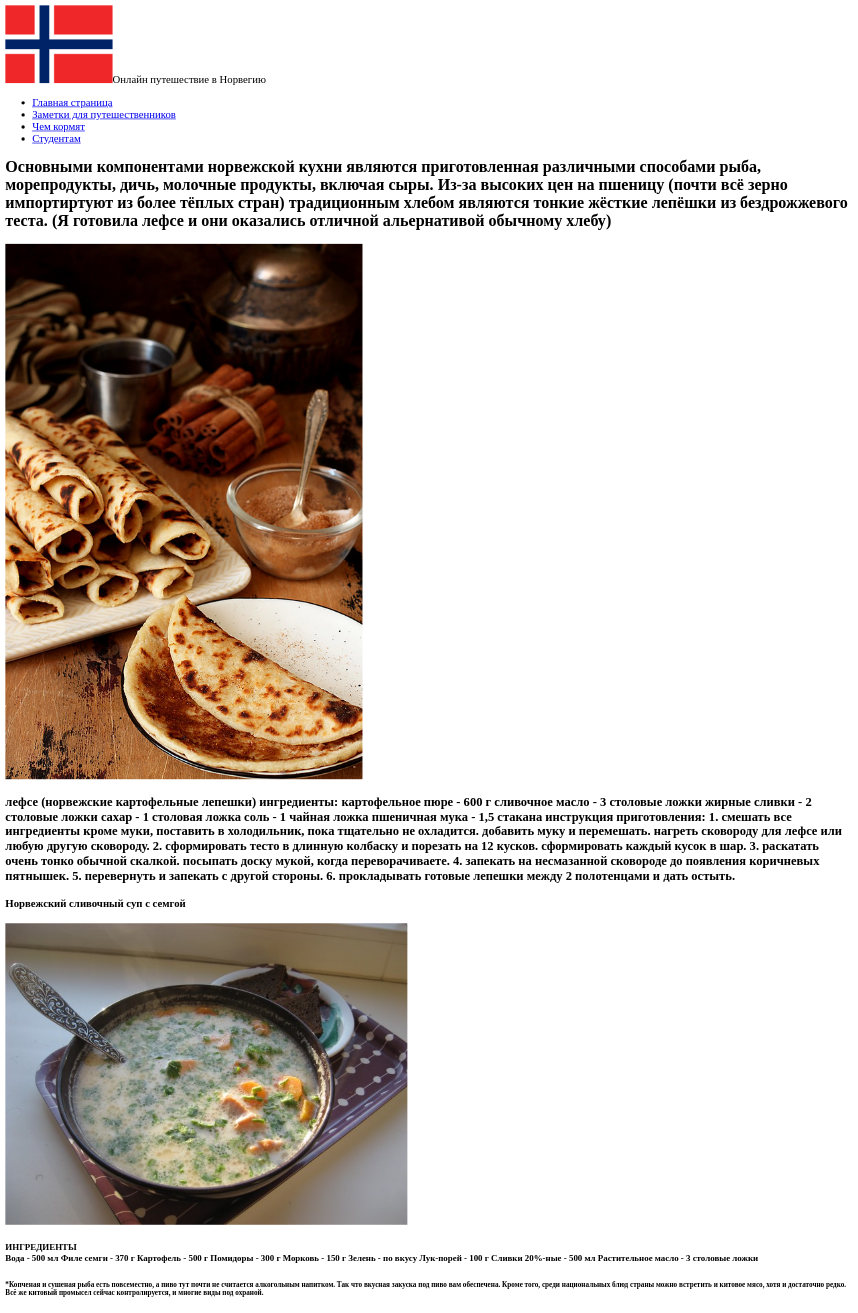
Repository: ryabinina-ekaterina/ryabinina-ekaterina.githab.io
Page: week11/week1.html
The author's editor kept a record of every edit. The page is drawn from the files as they stood at one moment, then again after the next edit.
The browser window is 1280 px wide. The pictures show the whole page, at 67% of full size.

Above is the page before.

### week11/week1.html
<!doctype html>
<html>
    <head>
        <meta charset="utf-8">
        <title>Культура Норвегии</title>
    </head>
    <body>
        <header>
        <img src="160px-Flag_of_Norway.svg.png"
        <h1>Онлайн путешествие в Норвегию</h1>
        </header>
        <div>
        <nav>
            <ul>
           <li><a href="index.html">Главная страница </a></li>
           <li><a href="week0.html">Заметки для путешественников </a></li>
           <li><a href="week1.html">Чем кормят</a></li>                                        </a></li>
           <li><a href="week2.html">Студентам</a></li>
            </ul>
        </nav>
        <main>
        <h2>Основными компонентами норвежской кухни являются приготовленная различными способами рыба, морепродукты, дичь, молочные продукты, включая сыры. Из-за высоких цен на пшеницу (почти всё зерно импортиртуют из более тёплых стран) традиционным хлебом являются тонкие жёсткие лепёшки из бездрожжевого теста. (Я готовила лефсе и они оказались отличной альернативой обычному хлебу)</h2>
        <img src= "47135768471_a8626ac183_c.jpg"
        </main>
        <div>
             <h3>лефсе (норвежские картофельные лепешки)

ингредиенты:

картофельное пюре - 600 г
сливочное масло - 3 столовые ложки
жирные сливки - 2 столовые ложки
сахар - 1 столовая ложка
соль - 1 чайная ложка
пшеничная мука - 1,5 стакана

инструкция приготовления:

1. смешать все ингредиенты кроме муки, поставить в холодильник, пока тщательно не охладится. добавить муку и перемешать. нагреть сковороду для лефсе или любую другую сковороду.
2. сформировать тесто в длинную колбаску и порезать на 12 кусков. сформировать каждый кусок в шар.
3. раскатать очень тонко обычной скалкой.
посыпать доску мукой, когда переворачиваете.
4. запекать на несмазанной сковороде до появления коричневых пятнышек.
5. перевернуть и запекать с другой стороны.
6. прокладывать готовые лепешки между 2 полотенцами и дать остыть.</h3>
        </main>
        </div>
        <h4>Норвежский сливочный суп с семгой</h4>
        </main>
        </div>
        <img src= "33527_600.jpg"
        </main>
        <div>
            <h5> ИНГРЕДИЕНТЫ
            </main>
        <div>

Вода - 500 мл
Филе семги - 370 г
Картофель - 500 г
Помидоры - 300 г
Морковь - 150 г
Зелень - по вкусу
Лук-порей - 100 г
Сливки 20%-ные - 500 мл
Растительное масло - 3 столовые ложки </h5>
        </main>
        </div>
            <h6>*Копченая и сушеная рыба есть повсеместно, а пиво тут почти не считается алкогольным напитком. Так что вкусная закуска под пиво вам обеспечена. Кроме того, среди национальных блюд страны можно встретить и китовое мясо, хотя и достаточно редко. Всё же китовый промысел сейчас контролируется, и многие виды под охраной.</h6>
        </body>
</html>

After the next edit:
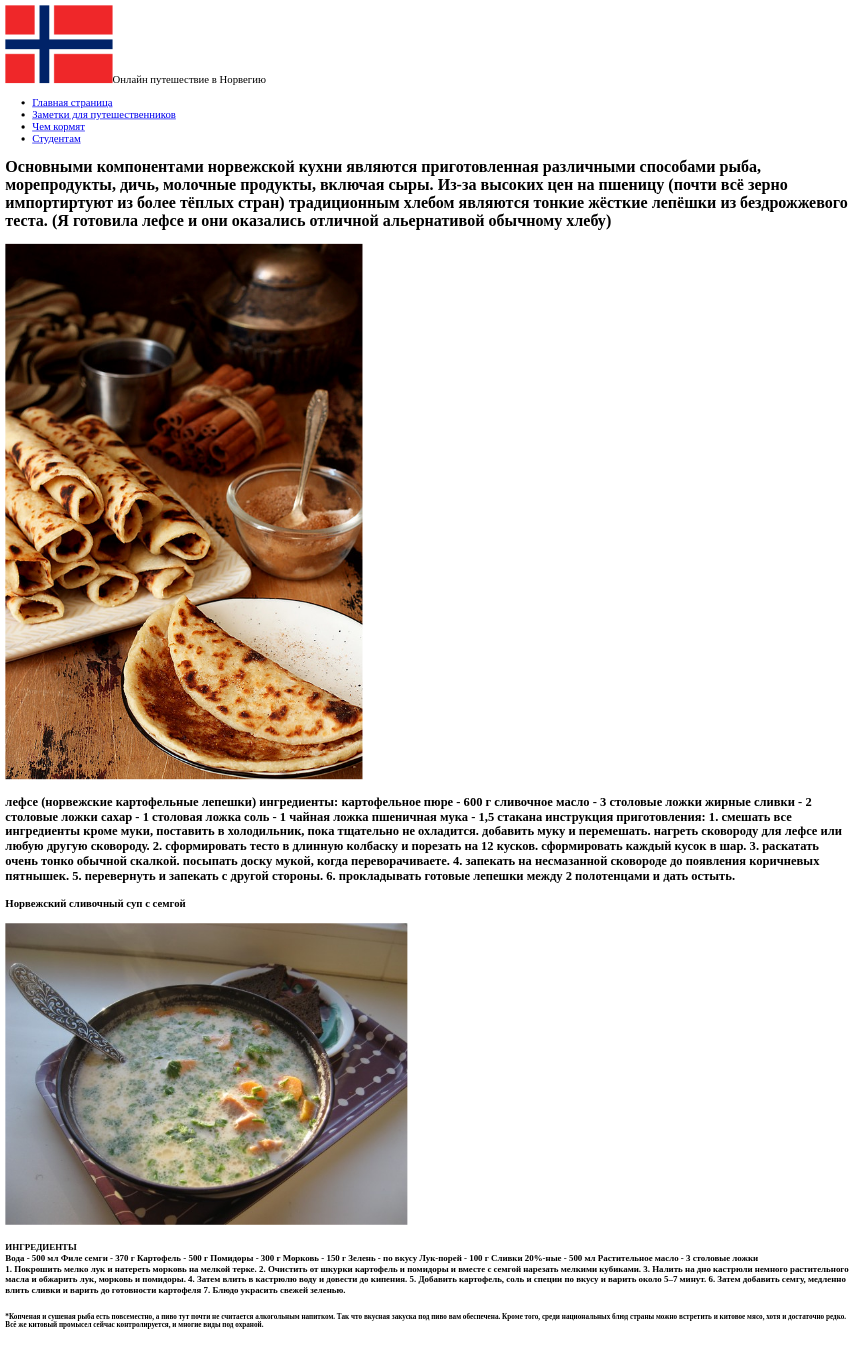
The edit:
--- a/week11/week1.html
+++ b/week11/week1.html
@@ -63,7 +63,23 @@
 Зелень - по вкусу
 Лук-порей - 100 г
 Сливки 20%-ные - 500 мл
-Растительное масло - 3 столовые ложки </h5>
+Растительное масло - 3 столовые ложки
+       </main>
+        <div>
+
+1. Покрошить мелко лук и натереть морковь на мелкой терке.
+
+2. Очистить от шкурки картофель и помидоры и вместе с семгой нарезать мелкими кубиками.
+
+3. Налить на дно кастрюли немного растительного масла и обжарить лук, морковь и помидоры.
+
+4. Затем влить в кастрюлю воду и довести до кипения.
+
+5. Добавить картофель, соль и специи по вкусу и варить около 5–7 минут.
+
+6. Затем добавить семгу, медленно влить сливки и варить до готовности картофеля
+
+7. Блюдо украсить свежей зеленью.</h5>
         </main>
         </div>
             <h6>*Копченая и сушеная рыба есть повсеместно, а пиво тут почти не считается алкогольным напитком. Так что вкусная закуска под пиво вам обеспечена. Кроме того, среди национальных блюд страны можно встретить и китовое мясо, хотя и достаточно редко. Всё же китовый промысел сейчас контролируется, и многие виды под охраной.</h6>
